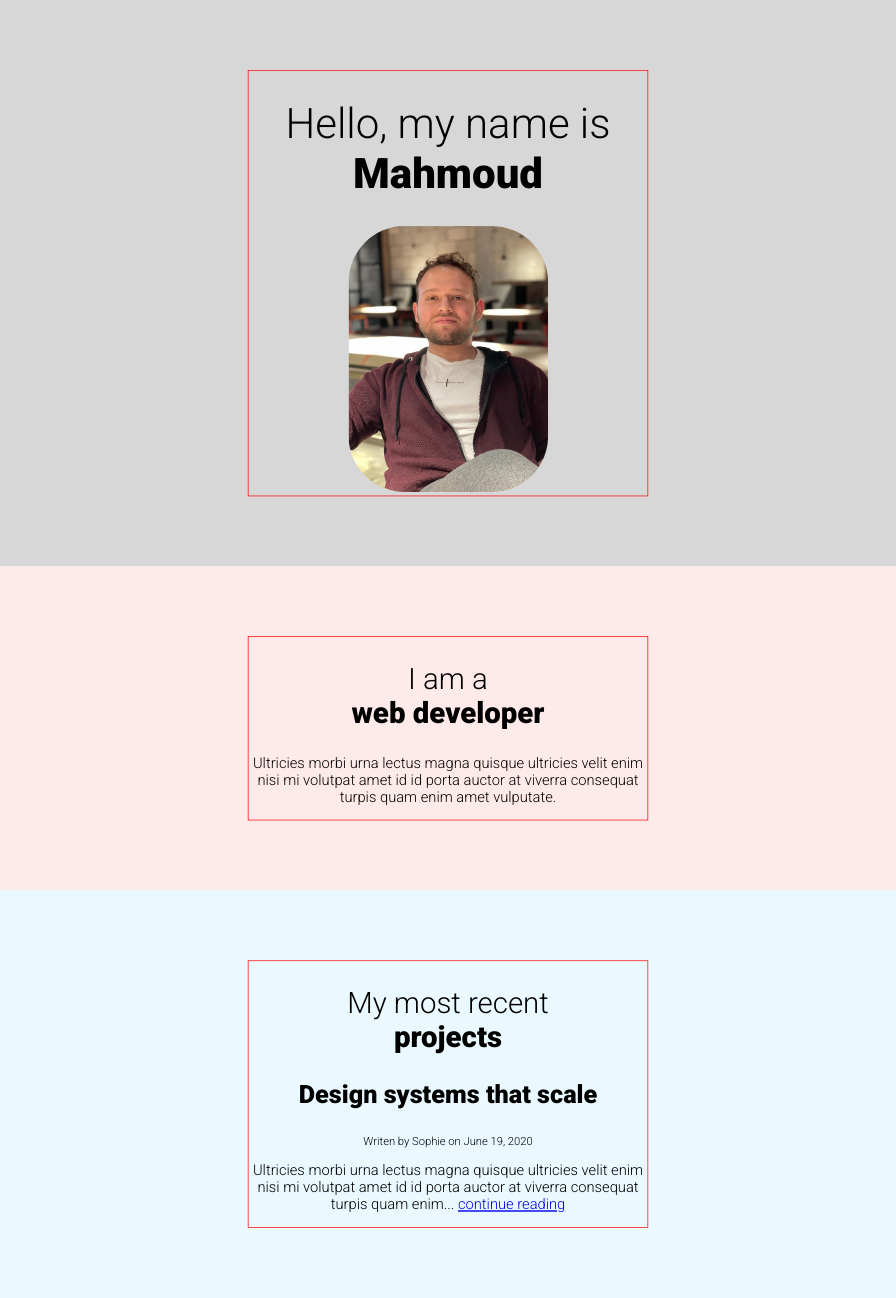
Repository: Doumham-Armah/portfolio
Page: index.html
An editor plug-in stored every save of this project. The page is shown before and after the next save, followed by the edit.
The browser window is 1280 px wide. The pictures show the whole page, at 70% of full size.

Above is the page before, as saved 2021-08-17 12:17:44.

After the next save:
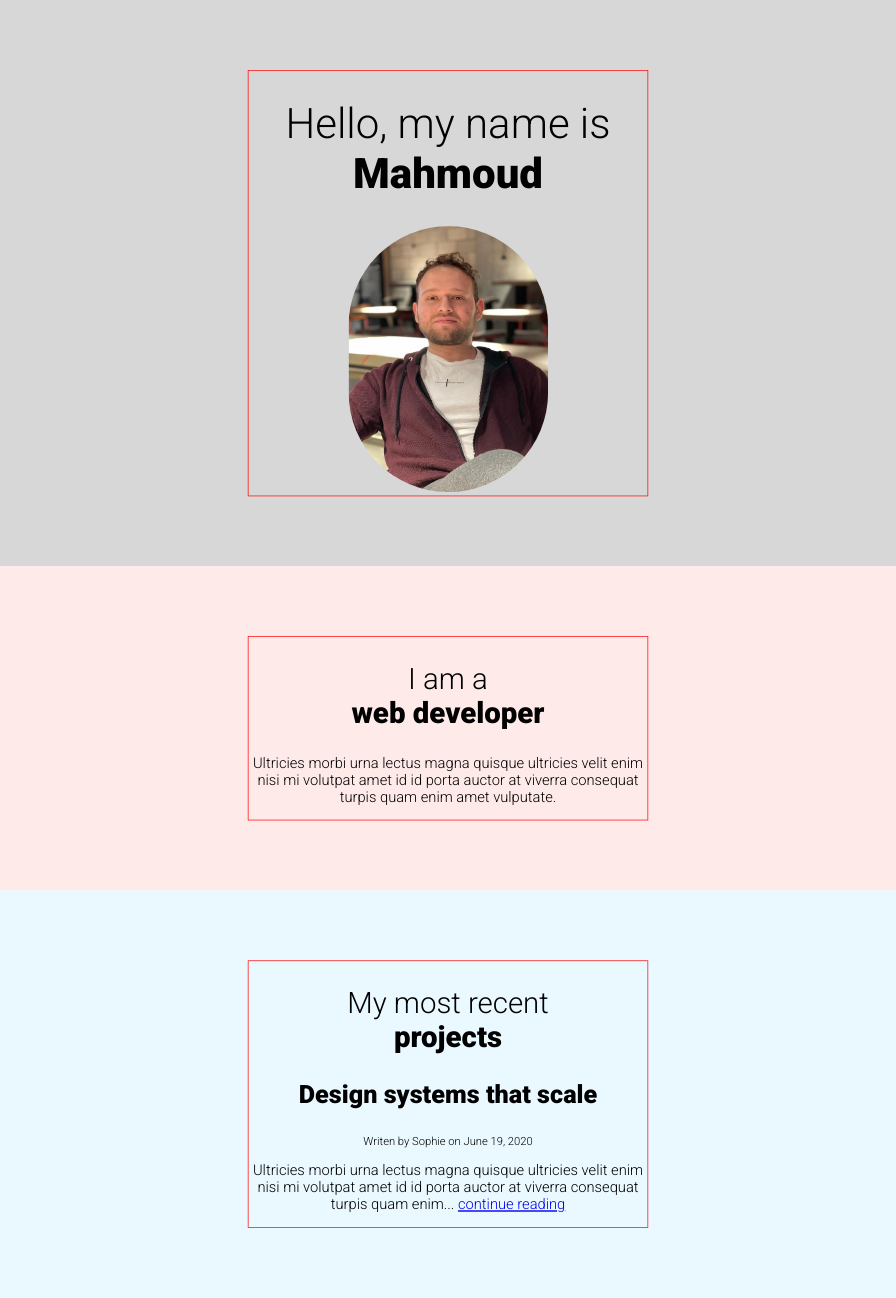
Saved 7 s later.
--- a/style.css
+++ b/style.css
@@ -58,5 +58,5 @@ header {
 .my-photo {
   max-width: 50%;
   height: auto;
-  border-radius: 5rem;
+  border-radius: 10rem;
 }
